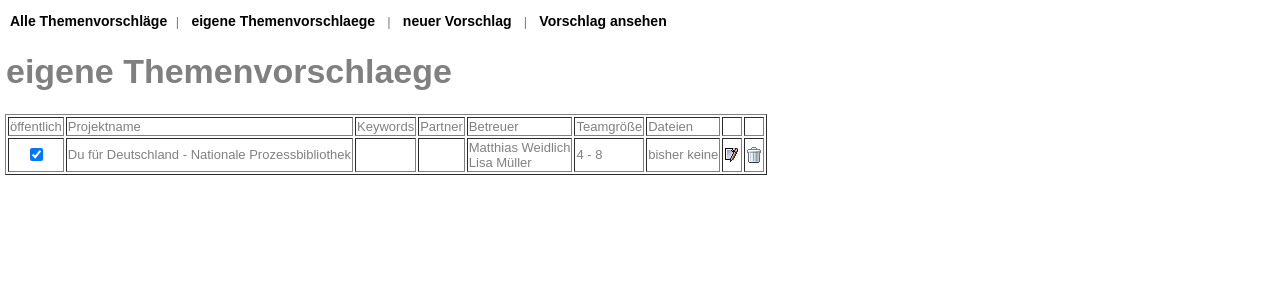
Repository: wfapp2011/wfapp2011
Page: http://localhost/Themenwahl/listOwnDepartment.jsp
These files come from the project's save history. The page is drawn as it stood at one moment and after the next save; the edit follows.
The browser window is 1280 px wide. The pictures show the whole page.
The page is served by Tomcat 9.

Above is the page before, as saved 2011-06-05 22:12:41.

After the next save:
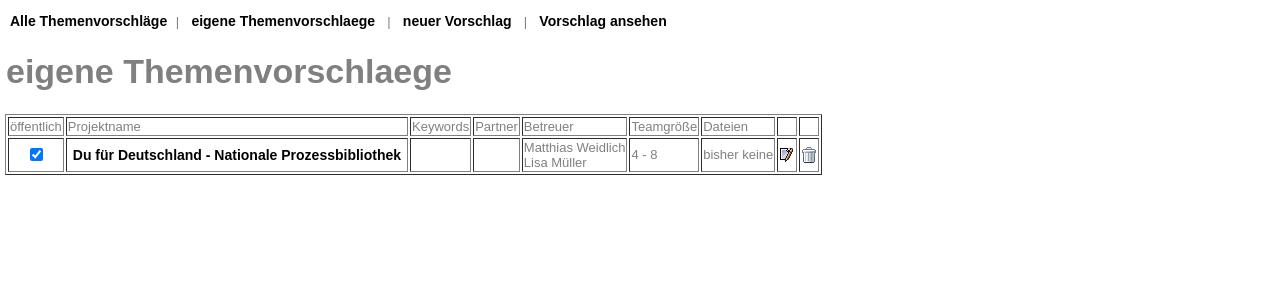
Saved 2 min 20 s later.
--- a/Themenwahl/WebContent/listOwnDepartment.jsp
+++ b/Themenwahl/WebContent/listOwnDepartment.jsp
@@ -43,7 +43,9 @@
 				<% } else {%>
 					<td align="center"><form><input type="checkbox"></form></td>
 				<% }%>
-				<td><%= proposal.getProjectName() %></td>
+				<td><a href="showProject.jsp"><%= proposal.getProjectName() %></a>
+					<input type="hidden" name="projectID" value="<%= proposal %>"/>
+					</td>
 				<td><% for (String keyword : proposal.getKeywords().split("\\;|,")){%>
 					<% out.println(keyword); %><br>
 					<% }%></td>
